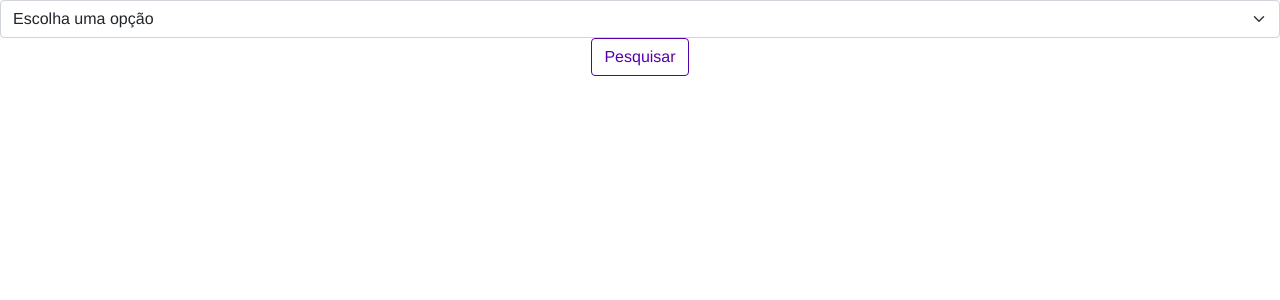
Repository: LuismGil/Countries-list
Page: /about
An editor plug-in stored every save of this project. The page is shown before and after the next save, followed by the edit.
The browser window is 1280 px wide. The pictures show the whole page.
The project was rebuilt for these pictures with package versions that can differ from the ones it lists, and the page was loaded fresh each time.

Above is the page before, as saved 2021-05-22 21:13:11.

After the next save:
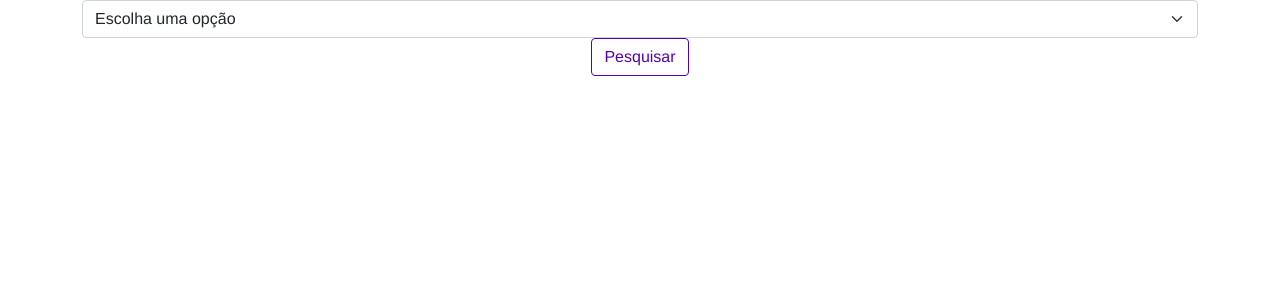
Saved 7 s later.
--- a/src/components/MvCountries.vue
+++ b/src/components/MvCountries.vue
@@ -1,6 +1,6 @@
 <template>
   <div>
-    <div>
+    <div class="container">
     <select class="form-select" aria-label="Escolha uma opção">
       <option selected disabled>Escolha uma opção</option>
       <option value="1">Região</option>
